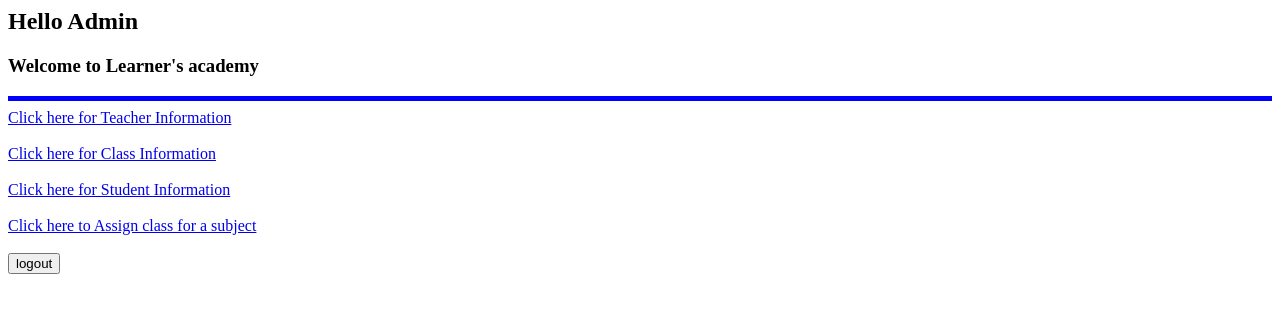
Repository: anithagnana123/Simplilearn_Phase2_project
Page: http://localhost/phase2-project/welcome
These files come from the project's save history. The page is drawn as it stood at one moment and after the next save; the edit follows.
The browser window is 1280 px wide. The pictures show the whole page.
The page is served by Tomcat 9.

Above is the page before, as saved 2022-10-22 08:14:43.

After the next save:
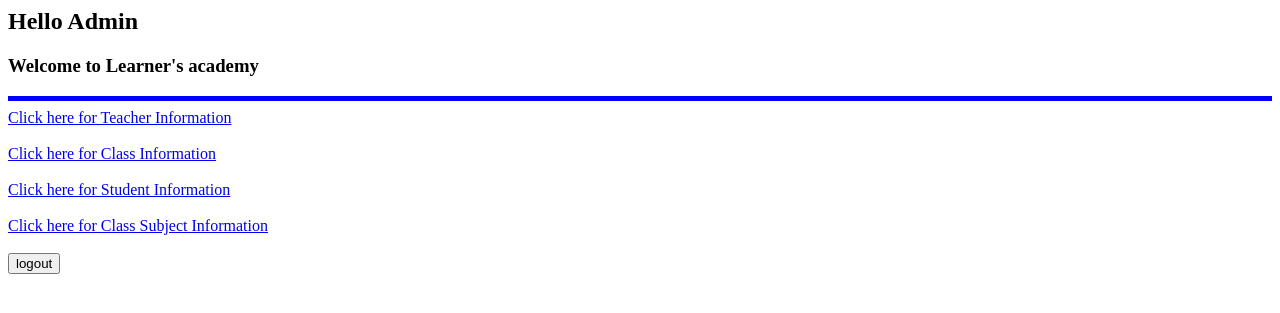
Saved 52 s later.
--- a/phase2-project/src/main/java/com/simplilearn/workshop/WelcomeServlet.java
+++ b/phase2-project/src/main/java/com/simplilearn/workshop/WelcomeServlet.java
@@ -46,7 +46,7 @@ public class WelcomeServlet extends HttpServlet {
 	    out.println("<br> <br>");
 	    out.println("<a href = \"student.html\">Click here for Student Information</a>");
 	    out.println("<br> <br>");
-	    out.println("<a href = \"classsub.jsp\">Click here to Assign class for a subject</a>");
+	    out.println("<a href = \"classsub.jsp\">Click here for Class Subject Information</a>");
 
 
 	    out.println("&nbsp;");
